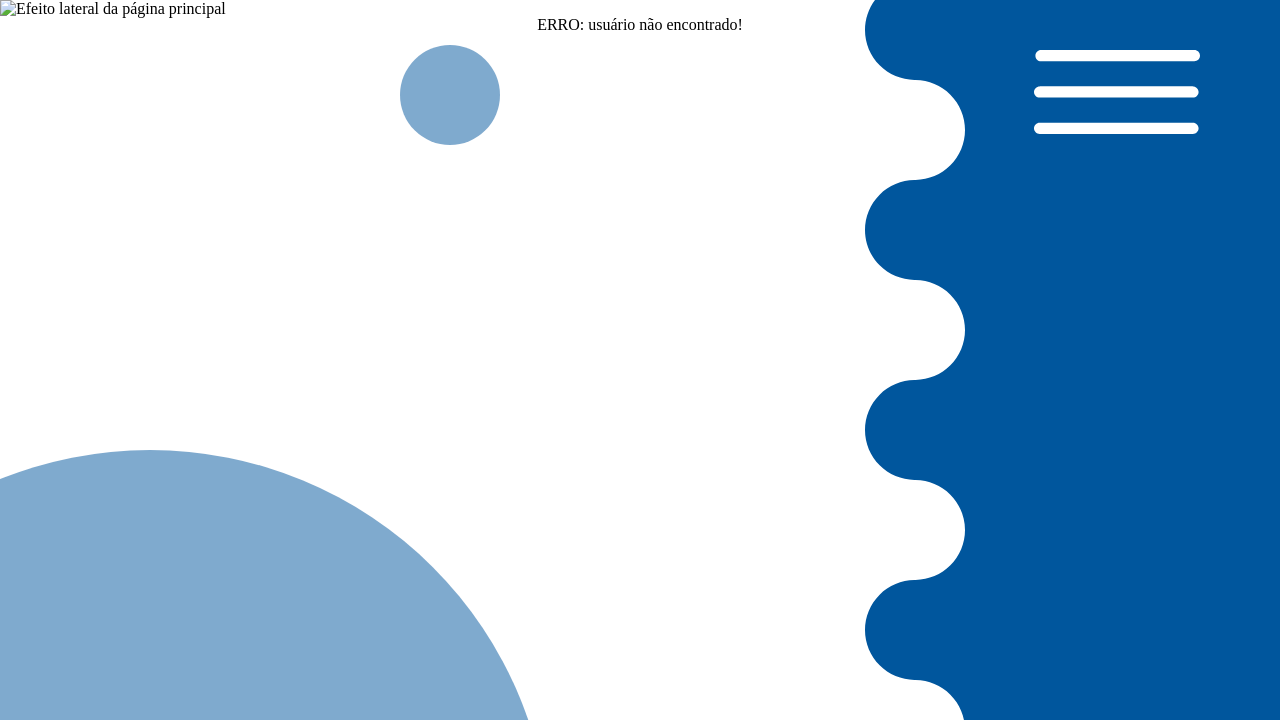
Repository: ArtMainardi/projeto-ctw-front
Page: usuario/usuario.html
The author's editor kept a copy of each file at every save. The page is drawn from the files as they stood at one save, then again after a run of saves.
The browser window is 1280 px wide. The pictures show the whole page.
The page's requests for data from a server got no answer.

Above is the page before, as saved 2026-06-15 19:20:48.
Not found: usuario/images/efeito-lateral.svg

### usuario/usuario.html
<!DOCTYPE html>
<html lang="pt-br">
<head>
    <meta charset="UTF-8">
    <meta name="viewport" content="width=device-width, initial-scale=1.0">
    <title>Projeto CTW+</title>
    <link rel="stylesheet" href="/index.css">
    <link rel="stylesheet" href="/style.css">
    <link rel="stylesheet" href="usuario.css">
    <link rel="stylesheet" href="/menuLateral.css">
</head>
<body>

    <div class="bolas">
        <div class="bola" id="bola1"></div>
        <div class="bola" id="bola2"></div>
        <div class="bola" id="bola3"></div>
        <div class="bola" id="bola4"></div>
    </div>

    <div class="container-barras-laterais">
        <img src="images/efeito-lateral.svg" alt="Efeito lateral da página principal" id="barra-lateral1">
    </div>

     <div class="container-menu-lateral">
        <img src="..\images\menu-lateral.svg" alt="Menu lateral estilo barra" id="menu-lateral">
        <a href="javascript:intercalarMenu()">
            <img src="..\images\mais-icon.svg" alt="mais icone" id="icone-mais">
        </a>
        <nav>
            <a href="">
                <h1 class="menu-text" id="text-cardapio">Cardápio</h1>
                <img class="menu-item" id="icone-cardapio" src="..\images\cardapio-icon.svg" alt="icone cardápio">
            </a>
            <a href="">
                <h1 class="menu-text" id="text-noticias">Notícias</h1>
                <img class="menu-item" id="icone-noticias" src="..\images\noticias-icon.svg" alt="icone cardápio">
            </a>
            <a href="">
                <h1 class="menu-text" id="text-rank">Ranking</h1>
                <img class="menu-item" id="icone-rank" src="..\images\ranking-icon.svg" alt="icone cardápio">
            </a>
            <a href="">
                <h1 class="menu-text" id="text-materia">Material Online</h1>
                <img class="menu-item" id="icone-materia" src="..\images\materia-icon.svg" alt="icone cardápio">
            </a>
            <a href="">
                <h1 class="menu-text" id="text-config">Ferramentas</h1>
                <img class="menu-item" id="icone-config" src="..\images\config-icon.svg" alt="icone cardápio">
            </a>
        </nav>
    </div>

    <main id="error-main">
        <p id="feedback-message"></p>
    </main>

    <main id="main" class="bolha" style="display: none;">
        <div class="caixa-usuario">
            <h1 class="titulo">Perfil do Usuário</h1>
            <p id="nome-usuario" class="campo"></p>
            <p id="cpf-usuario" class="campo"></p>
            <p id="email-usuario" class="campo"></p>
            <p id="nascimento-usuario" class="campo"></p>

            <button id="logout-button" onclick=logout() class="botao">Desconectar da conta</button>

            <div class="menu">
                <a href="../gerenciar-usuarios/gerenciarUsuarios.html">Gerenciar Usuários</a>
                <br>
                <a href="">Modo escuro</a>
            </div>
        </div>
    </main>

    <script src="./usuario-script.js"></script>
    <script src="../userVerification-script.js"></script>
    <script src="/menuLateral.js"></script>
</body>
</html>

### index.css
main{
    height: 100%;
    display: flex;
    flex-direction: column;
    align-items: center;
}

.logo-ctw{
    margin-top: 15%;
}

.bolha{
    width: 400px;
}

.botao{
    margin-top: 5%;
}

#barra-lateral1 {
    position: fixed;
    left: 0;
}

#barra-lateral2 {
    position: fixed;
    right: 0;
    transform: scale(-1);
}

### style.css
*{
    box-sizing: border-box;
}

body {
    margin: 0;
}

:root{
    --corM: #00569D;
    --corBolha: #D9D9D9;
    --corCampo: #AEAEAE;
    --corBotaoOFF: #929292;
    --corBotaoON: #757575;
}

@font-face{
    src: url(fonts/Inter-VariableFont_opsz\,wght.ttf);
    font-family: "fontM";
}

.bolha{
    border-radius: 34px;
    padding: 10px 25px;
    background-color: var(--corBolha);
    display: flex;
    flex-direction: column;
}

.titulo{
    font-family: fontM;
    margin: 2px;
}

.campo{
    font-family: fontM;
    padding: 1% 5%;
    border: none;
    border-radius: 10px;
    background-color: var(--corCampo);
    margin: 2px;
}

.botao{
    font-family: fontM;
    border: none;
    padding: 1% 5%;
    border-radius: 34px;
    text-align: center;
    background-color: var(--corBotaoOFF);
    margin: 2px;
    height: 30px;
}

.botao:hover{
    font-weight: bold;
    background-color: var(--corBotaoON);
}

.botao:active{
    font-weight: bold;
    border: 2px inset var(--corBotaoOFF);
    font-size: 0.8em;
}

.texto{
    font-family: fontM;
    text-align: center;
    padding: 0;
}

.logo-ctw{
    zoom: 55%;
    margin: 20px;
}

.bola{
    background-color: var(--corM);
    border-radius: 50%;
    opacity: 50%;
    position: fixed;
}


#bola1{
    height: 100px;
    width: 100px;
    top: 45px;
    left: 400px;
}

#bola2{
    height: 800px;
    width: 800px;
    top: 450px;
    left: -250px;
}

#bola3{
    height: 200px;
    width: 200px;
    top: -65px;
    left: 1300px;
}

#bola4{
    height: 700px;
    width: 700px;
    top: 350px;
    left: 1400px;
}

### usuario/usuario.css
body {
    margin: 0;
    padding: 0;
}

#main {
    justify-self: center;
    position: fixed;
    height: 390px;
    top: 240px;
    text-align: center;
}

.caixa-usuario {
    top: 100px;
}

.caixa-usuario p{
    background-color: var(--corCampo);
}

#barra-lateral1 {
    position: fixed;
    left: 0;
}

### menuLateral.css
.container-menu-lateral img{
    position: fixed;
}

.menu-item{
    visibility: hidden;
    text-decoration: none;
    text-align: center;
    position: fixed;
    right: 100px;
}

.menu-text{
    visibility: hidden;
    position: fixed;
    color: white;
    font-family: fontM;
    right: 250px;
    text-decoration: none;
}

#menu-lateral{
    top: 0;
    right: -300px;
}

#icone-mais{
    top: 50px;
    right: 80px;
}

#icone-cardapio{
    top: 170px;
}
#text-cardapio{
    top: 190px;
}

#icone-noticias{
    top: 320px;
}
#text-noticias{
    top: 340px;
}

#icone-rank{
    top: 470px;
}
#text-rank{
    top: 490px;
}

#icone-materia{
    top: 620px;
}
#text-materia{
    top: 640px;
}

#icone-config{
    top: 770px;
}
#text-config{
    top: 790px;
}

@keyframes pullMenu{
    to{
        transform: translateX(200px);
    }
}

@keyframes pushMenu{
    to{
        transform: translateX(-200px);
    }
}

@keyframes popIn{
    from{
        transform: scale(0.1%);
    }
}

@keyframes popOut{
    to{
        transform: scale(0.1%);
    }
}

### usuario/usuario-script.js
window.addEventListener("load", async function() {
    console.log("AAAA");
    // Definindo as variáveis dos elementos do HTML:
    const nome = document.getElementById("nome-usuario");
    const cpf = document.getElementById("cpf-usuario");
    const email = document.getElementById("email-usuario");
    const nascimento = document.getElementById("nascimento-usuario");

    // Buscando o usuário no banco de dados:
    const API = await fetch(`http://localhost:8055/${tipoUsuario}/${usuarioId}`, {
        method: "GET"
    });
    const usuario = await API.json();

    // Colocando os dados do usuário nos elementos:
    nome.innerHTML = "Nome: " + usuario[`nome_${tipoUsuario}`];
    cpf.innerHTML = "CPF: " + usuario[`cpf_${tipoUsuario}`];
    email.innerHTML = "Email: " + usuario[`email_${tipoUsuario}`];
    nascimento.innerHTML = "Data de Nascimento: " + usuario[`data_nascimento_${tipoUsuario}`];
});

function logout(){
    localStorage.setItem("usuarioId", null);
    localStorage.setItem("tipoUsuario", null);

    window.location.replace("../index.html");
}

### userVerification-script.js
// Pegando dados salvos localmente:
const usuarioId = localStorage.getItem("usuarioId");
const tipoUsuario = localStorage.getItem("tipoUsuario");

// Verificando usuário salvo para então mostrar a página:
window.addEventListener("load", async function() {
    const main = document.getElementById("main");
    const errorMain = document.getElementById("error-main");
    const feedback = document.getElementById("feedback-message");

    feedback.innerHTML = "Carregando...";

    // Verificando se existe o usuário com o ID salvo:
    if(tipoUsuario == "professor"){ // Procurando na lista de professores:
        const API = await fetch(`http://localhost:8055/professor/${usuarioId}`, {
            method: "GET"
        });

        if(API.ok){
            usuario = await API.json();
            if(usuario.adm){ // Verificando se não é ADM, para liberar as funções de ADM
                const admElements = document.querySelectorAll(".adm-feature");
                admElements.forEach(element => {
                    element.style.display = "block";
                });
            }
            main.style.display = "block";
            errorMain.style.display = "none";
        }
    } else if(tipoUsuario == "aluno"){ // Procurando na lista de alunos:
        const API = await fetch(`http://localhost:8055/aluno/${usuarioId}`, {
            method: "GET"
        });

        if(API.ok){
            if(window.location.pathname.includes("/gerenciar")){
                feedback.innerHTML = "ERRO: esse usuário não tem permissão para acessar essa página!";
            } else{
                main.style.display = "block";
                errorMain.style.display = "none";
            }
        } else{ // Mostrando erro se não encontrar o usuário:
            feedback.innerHTML = "ERRO: usuário não encontrado!";
        }
    } else{ // Mostrando erro se não encontrar o usuário:
        feedback.innerHTML = "ERRO: usuário não encontrado!";
    }
});

### menuLateral.js
const menuLateral = document.getElementById("menu-lateral")
let menuPuxado = false;

function intercalarMenu(){
    menuPuxado = !menuPuxado;

    console.log(menuPuxado);

    const menuItens = [...document.querySelectorAll(".menu-item")];
    const menuTexts = [...document.querySelectorAll(".menu-text")];

    if(menuPuxado){
        menuLateral.style.animationName = "pushMenu";
        menuLateral.style.right = "-300px";
        menuItens.forEach(opt => {
            opt.style.visibility = "visible";
            opt.style.animationName = "popIn";
            opt.style.animationDuration = "1s";
        });
        menuTexts.forEach(opt => {
            opt.style.visibility = "visible";
            opt.style.animationName = "popIn";
            opt.style.animationDuration = "1s";
        });
    }else{
        menuLateral.style.animationName = "pullMenu";
        menuLateral.style.right = "-100px";
        menuItens.forEach(opt => {
            opt.style.animationName = "popOut";
            opt.style.animationDuration = "1s";
            opt.style.animationFillMode = "forwards"
        });
        menuTexts.forEach(opt => {
            opt.style.animationName = "popOut";
            opt.style.animationDuration = "1s";
            opt.style.animationFillMode = "forwards"
        });
    }
    menuLateral.style.animationDuration = "1s";
    menuLateral.style.animationFillMode = "forwards";

}

After the next 4 saves:
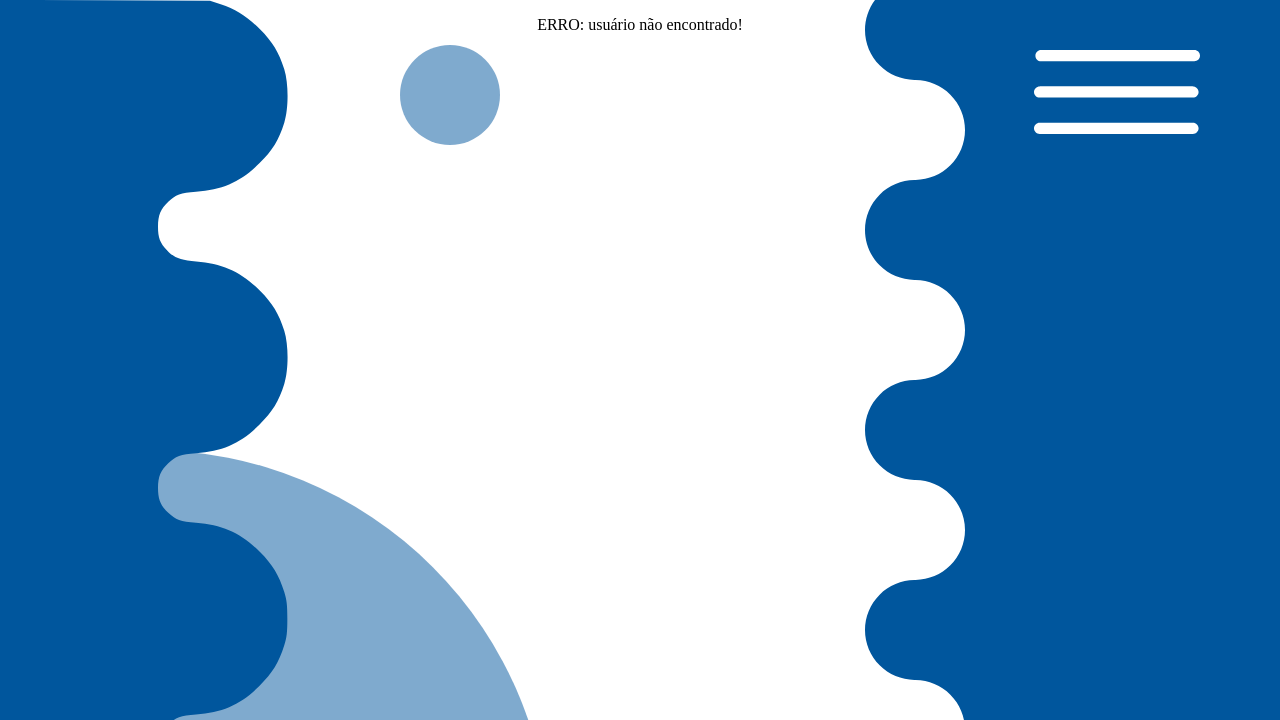
The 4 saves are shown as one change because they came seconds apart.
The last was saved 20 s later.
--- a/usuario/usuario.html
+++ b/usuario/usuario.html
@@ -19,7 +19,7 @@
     </div>
 
     <div class="container-barras-laterais">
-        <img src="images/efeito-lateral.svg" alt="Efeito lateral da página principal" id="barra-lateral1">
+        <img src="/images/barra-lateral.svg" alt="Efeito lateral da página principal" id="barra-lateral1">
     </div>
 
      <div class="container-menu-lateral">
